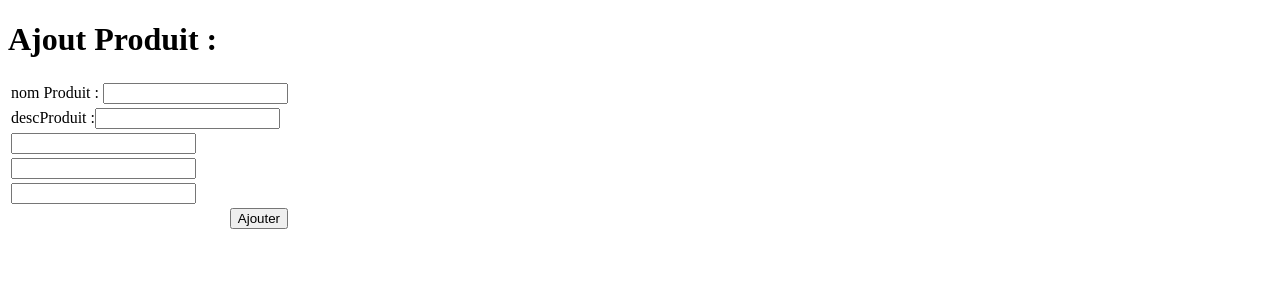
Repository: EBusinesss/Ebusiness
Page: http://localhost/EcomWEB/
The author's editor kept a copy of each file at every save. The page is drawn from the files as they stood at one save, then again after the next save.
The browser window is 1280 px wide. The pictures show the whole page.
The page is served by Tomcat 9. Nobody is signed in. The application's start-up code is not run. Other server files are loaded and not shown.

Above is the page before, as saved 2014-12-06 21:37:42.

### Workspace/EcomWEB/WebContent/index.jsp
<%@ page language="java" contentType="text/html; charset=ISO-8859-1"
    pageEncoding="ISO-8859-1"%>
<!DOCTYPE html PUBLIC "-//W3C//DTD HTML 4.01 Transitional//EN" "http://www.w3.org/TR/html4/loose.dtd">
<html>
<head>
<meta http-equiv="Content-Type" content="text/html; charset=ISO-8859-1">
<title>Insert title here</title>
</head>
<body>
		<h1>Ajout Produit :</h1>
		<form action="AddProductServlet" method="post">
		<table>
			<tr><td> nom Produit 	: <input type="text" name="nomProduit" width="25"></td></tr>
			<tr><td> descProduit 	:<input type="text" name="descProduit" width="25"></td></tr>
			<tr><td><input type="text" name="imgProduit" width="25"></td></tr>
			<tr><td><input type="text" name="prixProduit" width="25"></td></tr>
			<tr><td><input type="text" name="quantiteProduit" width="25"></td></tr>
			<tr>
				<td align="right" colspan="3">
					<button name="submit" type="submit">Ajouter</button>
				</td>
			</tr>
		</table>
		</form>

</body>
</html>

After the next save:
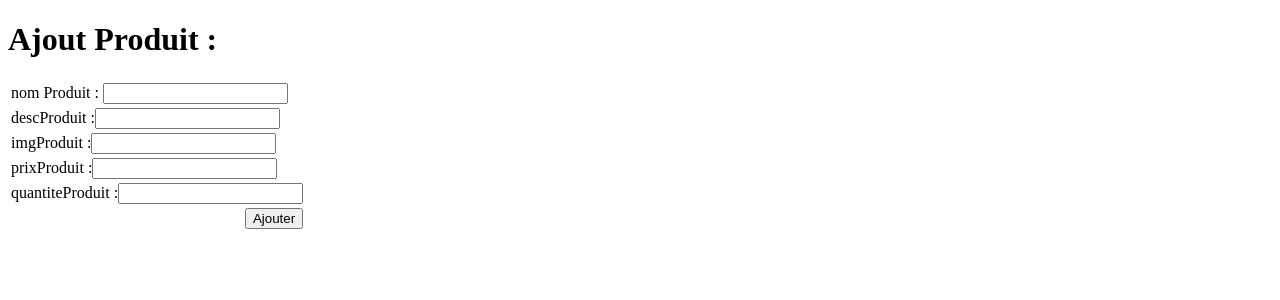
Saved 34 s later.
--- a/Workspace/EcomWEB/WebContent/index.jsp
+++ b/Workspace/EcomWEB/WebContent/index.jsp
@@ -10,11 +10,11 @@
 		<h1>Ajout Produit :</h1>
 		<form action="AddProductServlet" method="post">
 		<table>
-			<tr><td> nom Produit 	: <input type="text" name="nomProduit" width="25"></td></tr>
-			<tr><td> descProduit 	:<input type="text" name="descProduit" width="25"></td></tr>
-			<tr><td><input type="text" name="imgProduit" width="25"></td></tr>
-			<tr><td><input type="text" name="prixProduit" width="25"></td></tr>
-			<tr><td><input type="text" name="quantiteProduit" width="25"></td></tr>
+			<tr><td> nom Produit 		: <input type="text" name="nomProduit" width="25"></td></tr>
+			<tr><td> descProduit 		:<input type="text" name="descProduit" width="25"></td></tr>
+			<tr><td> imgProduit			:<input type="text" name="imgProduit" width="25"></td></tr>
+			<tr><td> prixProduit 		:<input type="text" name="prixProduit" width="25"></td></tr>
+			<tr><td> quantiteProduit	:<input type="text" name="quantiteProduit" width="25"></td></tr>
 			<tr>
 				<td align="right" colspan="3">
 					<button name="submit" type="submit">Ajouter</button>
